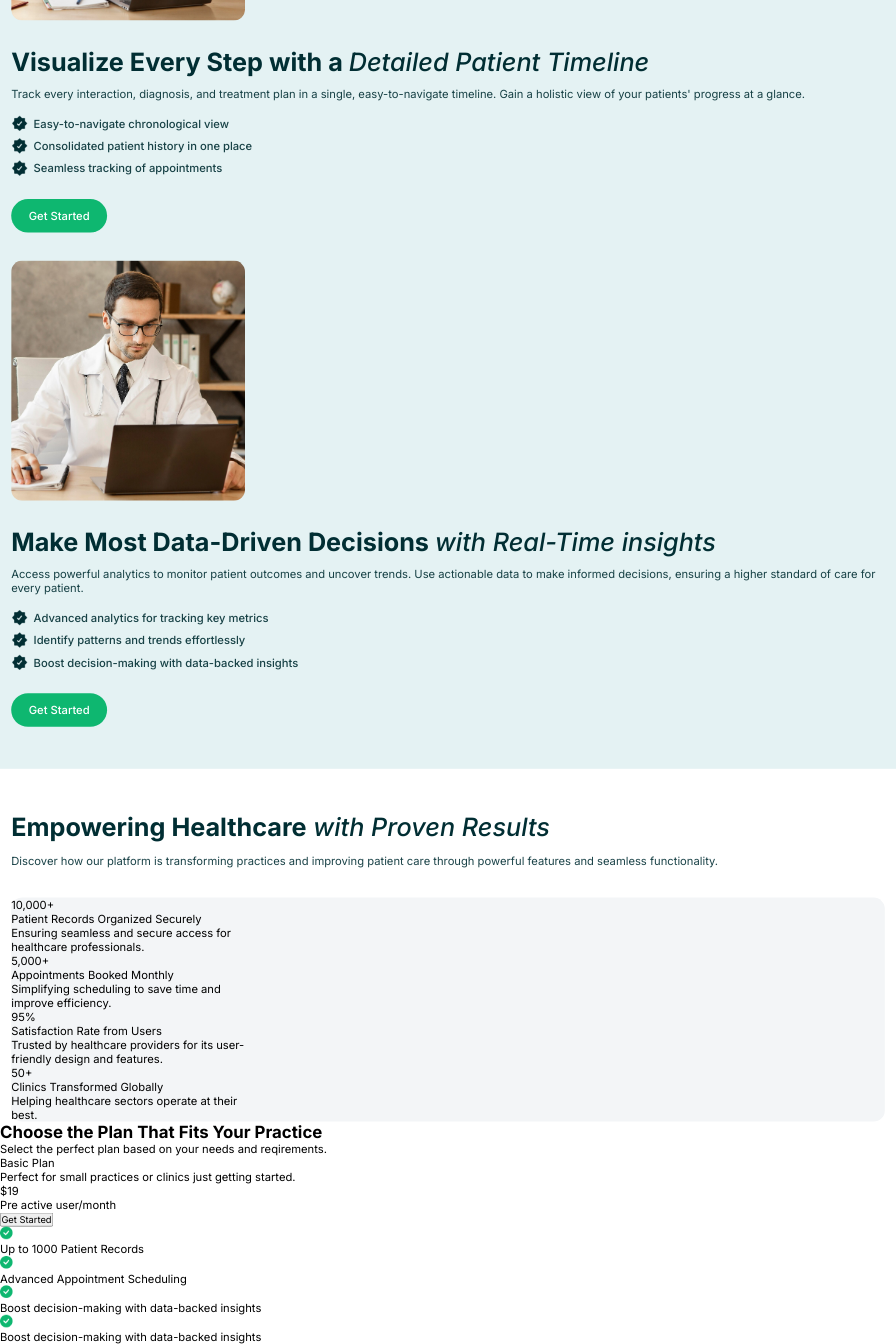
Repository: DiegoWWeege/recuperacao-prova-front-end
Page: index.html
These files come from the project's save history. The page is drawn as it stood at one moment and after the next save; the edit follows.
The browser window is 1280 px wide. The pictures show the part of the page from y = 1906 to 3826 px (the page is 3826 px tall), at 70% of full size.

Above is the page before, as saved 2026-06-22 19:07:52.

After the next save:
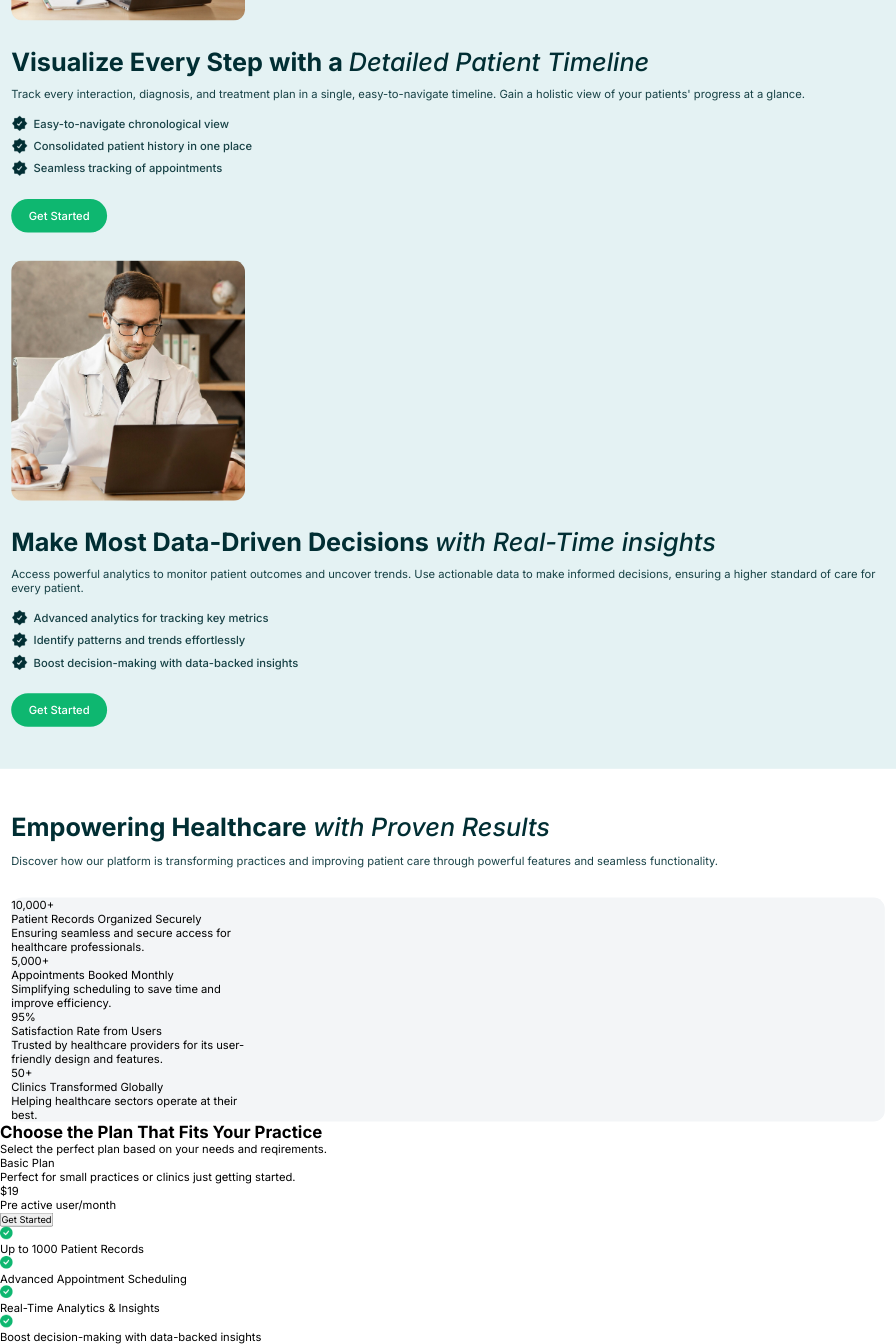
Saved 5 s later.
--- a/index.html
+++ b/index.html
@@ -140,7 +140,7 @@
                 <p class = "first-p">50+</p>
                 <p class = "second-p">Clinics Transformed Globally</p>
 
-                <p>Helping healthcare sectors operate at their best.</p>
+                <p class>Helping healthcare sectors operate at their best.</p>
             </section>
         </section>
 
@@ -173,7 +173,7 @@
                 <p class = "benefit">Advanced Appointment Scheduling</p>
 
                 <img src="icons/green-ok.png" alt="green-check-mark">
-                <p class = "benefit">Boost decision-making with data-backed insights</p>
+                <p class = "benefit">Real-Time Analytics & Insights</p>
 
                 <img src="icons/green-ok.png" alt="green-check-mark">
                 <p class = "benefit">Boost decision-making with data-backed insights</p>
